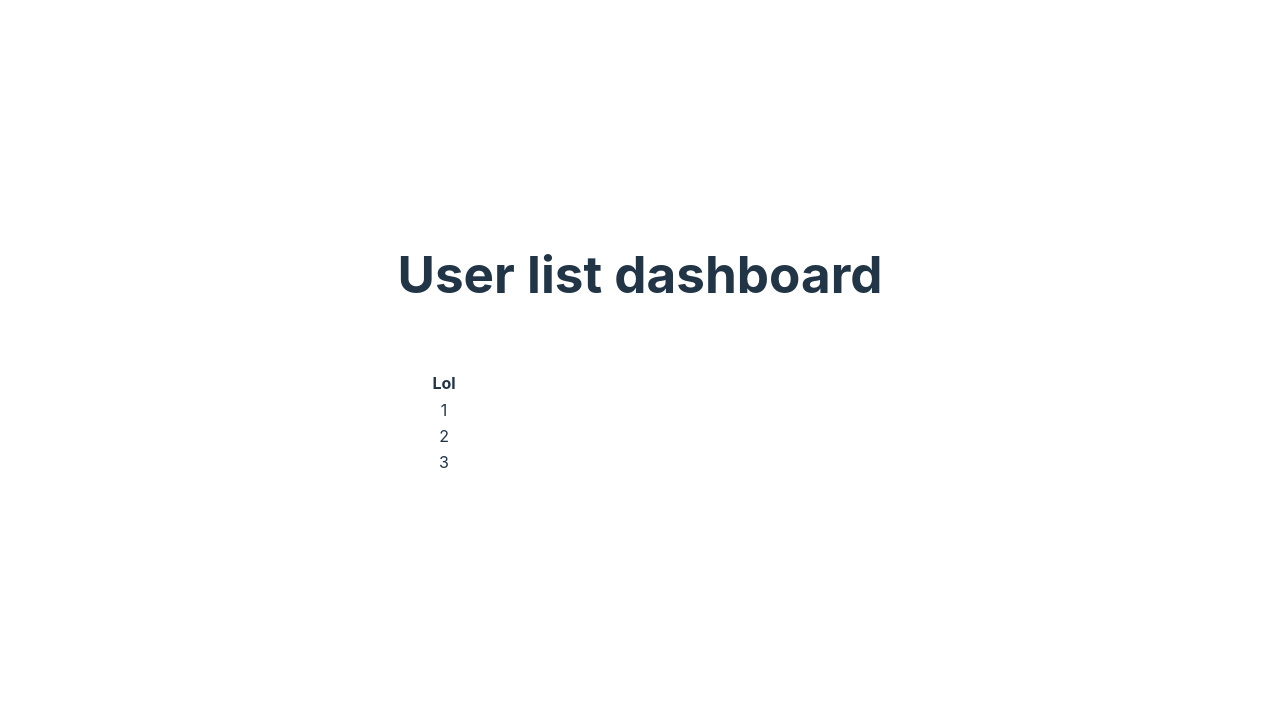
Repository: atzin-escandia/react-typescript-users-dashboard
Page: /
The author's editor kept a copy of each file at every save. The page is drawn from the files as they stood at one save, then again after the next save.
The browser window is 1280 px wide. The pictures show the whole page.
The page's requests for data from a server got no answer. The project was rebuilt for these pictures with package versions that can differ from the ones it lists, and the page was loaded fresh each time. No one was signed in, and anything a server would have sent is missing. Also part of the build but not shown: vite.config.ts.

Above is the page before, as saved 2023-10-08 21:00:50.

### src/App.tsx
import { useEffect, useState } from "react";
import "./App.css";
import UsersList from "./components/UsersList";

const API_URL = "https://randomuser.me/api/?results=10";
function App() {
  const [users, setUsers] = useState([]);

  useEffect(() => {
    fetch(API_URL)
      .then((res) => res.json())
      .then((res) => setUsers(res.results));
  }, []);

  return (
    <>
      <h1>User list dashboard</h1>
      <section className="card">
        <UsersList users={users}></UsersList>
      </section>
    </>
  );
}

export default App;

### src/components/UsersList.tsx
const UsersList = () => {
  return (
    <div>
      <table>
        <th>Lol</th>
        <tr>1</tr>
        <tr>2</tr>
        <tr>3</tr>
      </table>
    </div>
  );
};

export default UsersList;

Loaded but not shown: index.html (common file); src/main.tsx (common file); src/index.css (common file); src/App.css (common file)

After the next save:
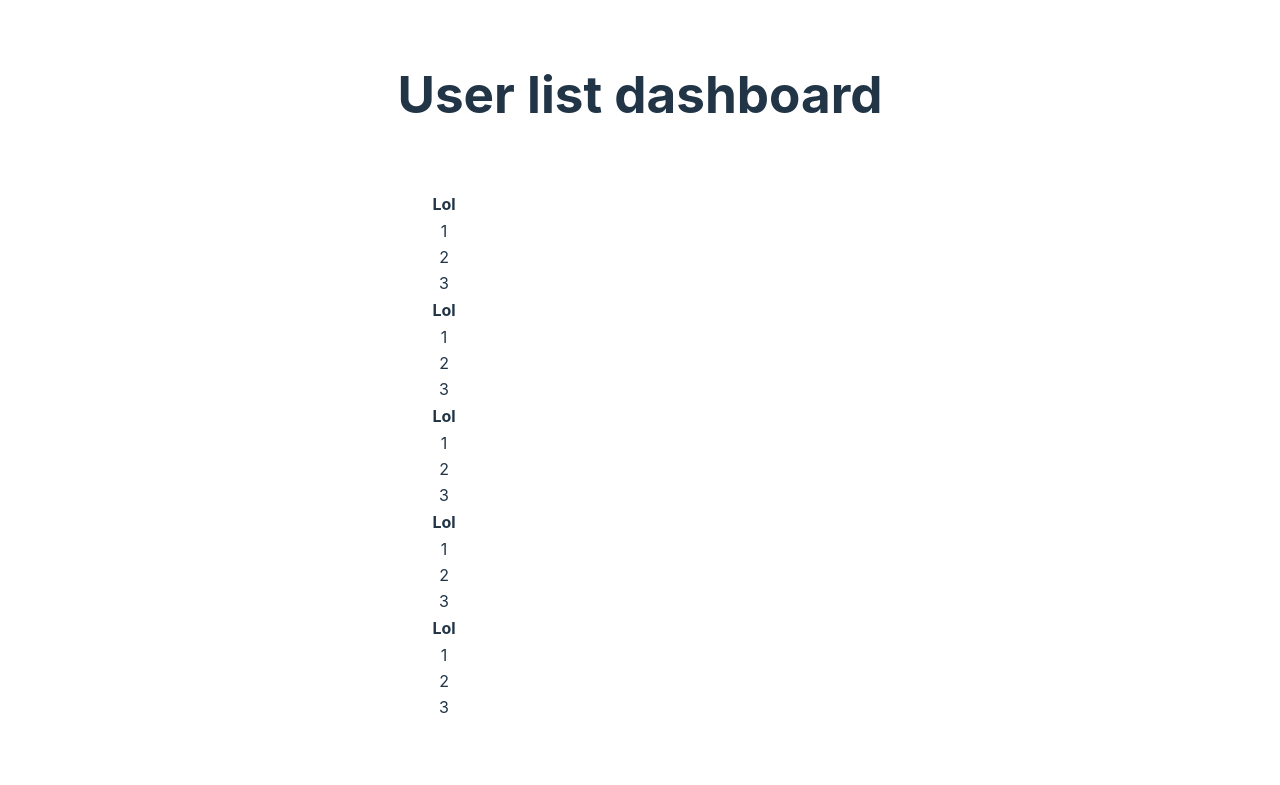
Saved 7 s later.
--- a/src/components/UsersList.tsx
+++ b/src/components/UsersList.tsx
@@ -3,6 +3,18 @@
     <div>
       <table>
         <th>Lol</th>
+        <tr>1</tr>
+        <tr>2</tr>
+        <tr>3</tr> <th>Lol</th>
+        <tr>1</tr>
+        <tr>2</tr>
+        <tr>3</tr> <th>Lol</th>
+        <tr>1</tr>
+        <tr>2</tr>
+        <tr>3</tr> <th>Lol</th>
+        <tr>1</tr>
+        <tr>2</tr>
+        <tr>3</tr> <th>Lol</th>
         <tr>1</tr>
         <tr>2</tr>
         <tr>3</tr>
